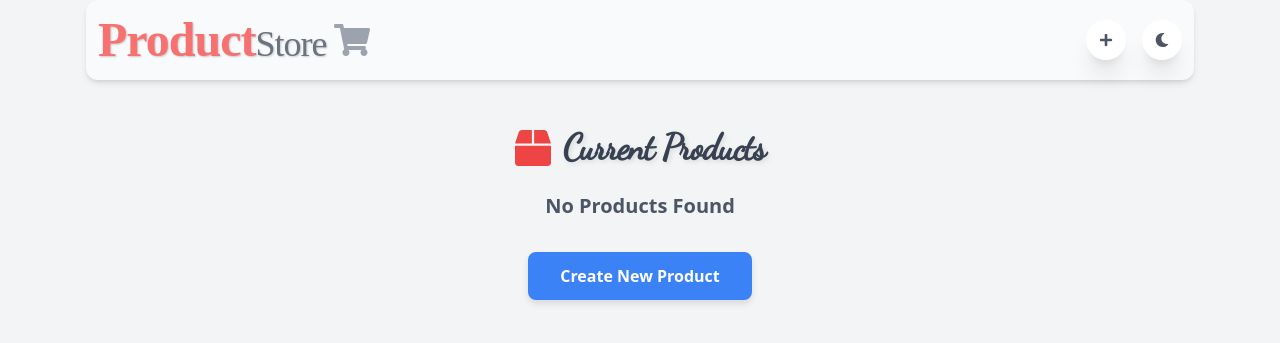
Repository: xarrkhan001/Mern-stack-Project
Page: / (app in frontend/)
These files come from the project's save history. The page is drawn as it stood at one moment and after the next save; the edit follows.
The browser window is 1280 px wide. The pictures show the whole page.
The project was rebuilt for these pictures with package versions that can differ from the ones it lists, and the page was loaded fresh each time. Also part of the build but not shown: frontend/vite.config.js, frontend/src/store/product.js, frontend/src/pages/CreatePage.jsx.

Above is the page before, as saved 2025-03-06 14:42:22.

### frontend/src/main.jsx
import React from "react";
import { BrowserRouter } from "react-router-dom";
import ReactDOM from "react-dom";
import "./index.css";
import App from "./App";

ReactDOM.render(
  <React.StrictMode>
    <BrowserRouter>
      <App />
    </BrowserRouter>
  </React.StrictMode>,
  document.getElementById("root")
);

### frontend/src/index.css
@import url('https://fonts.googleapis.com/css2?family=Dancing+Script&display=swap');


@tailwind base;
@tailwind components;
@tailwind utilities;

### frontend/src/App.jsx
import React from "react";
import { Routes, Route } from "react-router-dom";
import HomePage from "./pages/HomePage";
import CreatePage from "./pages/CreatePage";
import Navbar from "./components/Navbar";

const App = () => {
  return (
    <>
      <div className="min-h-[100vh] bg-gray-100 dark:bg-gray-900 dark:text-white">
        {" "}
        {/* Lighter background color */}
        <Navbar />
        <Routes>
          <Route path="/" element={<HomePage />} />
          <Route path="/create" element={<CreatePage />} />
        </Routes>
      </div>
    </>
  );
};

export default App;

### frontend/src/pages/HomePage.jsx
import React from "react";
import { FaBox } from "react-icons/fa"; // Example icon from react-icons
import { Link } from "react-router-dom"; // Import Link for routing

const HomePage = () => {
  return (
    <div className="max-w-2xl py-12 mx-auto text-center">
      {/* Title Section */}
      <h1 className="text-4xl text-red-500 flex justify-center items-center space-x-3 font-bold">
        <FaBox className="text-4xl" />
        <span
          className="text-gray-700 font-bold"
          style={{
            fontFamily: "'Dancing Script', cursive",
            letterSpacing: "-1px",
            lineHeight: "1.1",
            textShadow: "2px 2px 5px rgba(0, 0, 0, 0.1)",
            WebkitFontSmoothing: "antialiased",
            MozOsxFontSmoothing: "grayscale",
          }}
        >
          Current Products
        </span>
      </h1>

      {/* No Products Found Text */}
      <p className="text-gray-600 mt-6 text-xl font-semibold">
        No Products Found
      </p>

      {/* Create New Product Button */}
      <div className="mt-8">
        <Link to="/create">
          <button
            className="px-8 py-3 text-white bg-blue-500 hover:bg-blue-600 font-semibold rounded-lg shadow-md transform transition duration-200 ease-in-out hover:scale-105"
            style={{
              boxShadow: "0 4px 6px rgba(0, 0, 0, 0.1)",
            }}
          >
            Create New Product
          </button>
        </Link>
      </div>
    </div>
  );
};

export default HomePage;

### frontend/src/components/Navbar.jsx
import React, { useState, useEffect } from "react";
import { Link } from "react-router-dom";
import { FaPlus, FaShoppingCart, FaSun, FaMoon } from "react-icons/fa";

const Navbar = () => {
  const [isDarkMode, setIsDarkMode] = useState(false);

  useEffect(() => {
    const savedTheme = localStorage.getItem("theme");
    if (savedTheme) {
      setIsDarkMode(savedTheme === "dark");
    }
  }, []);

  const toggleDarkMode = () => {
    setIsDarkMode((prevMode) => {
      const newMode = !prevMode;
      localStorage.setItem("theme", newMode ? "dark" : "light");
      return newMode;
    });
  };

  useEffect(() => {
    if (isDarkMode) {
      document.documentElement.classList.add("dark");
    } else {
      document.documentElement.classList.remove("dark");
    }
  }, [isDarkMode]);

  return (
    <div className="max-w-[1140px] px-4 mx-auto">
      {/* Navbar container */}
      <div
        className={`flex items-center justify-between h-20 p-3 rounded-xl shadow-md text-black dark:text-white ${
          isDarkMode ? "bg-transparent dark:bg-gray-800" : "bg-gray-50"
        }`}
      >
        {/* Left side - ProductStore logo */}
        <Link to="/" className="flex items-center space-x-1 sm:space-x-2">
          <span
            className="font-logo text-4xl sm:text-5xl tracking-tight text-red-500 dark:text-gray-100"
            style={{
              fontFamily: " cursive",
              letterSpacing: "-1px",
              lineHeight: "1.1",
              textShadow: "1px 1px 2px rgba(0, 0, 0, 0.2)",
              WebkitFontSmoothing: "antialiased",
              MozOsxFontSmoothing: "grayscale",
            }}
          >
            <span className="text-4xl sm:text-5xl font-semibold text-red-400 dark:text-red-400">
              Product
            </span>
            <span className="text-3xl sm:text-4xl text-gray-500 dark:text-gray-400">
              Store
            </span>
          </span>
          <FaShoppingCart className="text-3xl sm:text-4xl text-gray-400 dark:text-gray-300 ml-1 sm:ml-2" />
        </Link>

        {/* Right side - Icons */}
        <div className="flex items-center space-x-2 sm:space-x-4">
          {/* Plus Icon */}
          <Link to="/create">
            <button className="w-8 h-8 sm:w-10 sm:h-10 bg-white dark:bg-gray-500 text-gray-600 dark:text-white rounded-full flex items-center justify-center transform hover:scale-125 transition-all duration-300 shadow-xl hover:shadow-2xl focus:outline-none">
              <FaPlus size={14} />
            </button>
          </Link>

          {/* Dark/Light Mode Toggle Icon */}
          <button
            onClick={toggleDarkMode}
            className="w-8 h-8 sm:w-10 sm:h-10 bg-white dark:bg-gray-500 text-[#FF4081] dark:text-white rounded-full flex items-center justify-center transform hover:scale-125 transition-all duration-300 shadow-xl hover:shadow-2xl focus:outline-none"
          >
            {isDarkMode ? (
              <FaSun size={14} className="text-yellow-500 sm:text-16" />
            ) : (
              <FaMoon size={14} className="text-gray-600 sm:text-16" />
            )}
          </button>
        </div>
      </div>
    </div>
  );
};

export default Navbar;

### frontend/tailwind.config.js
/** @type {import('tailwindcss').Config} */
export default {
  content: ["./index.html", "./src/**/*.{js,ts,jsx,tsx}"],
  theme: {
    extend: {},
  },
  darkMode: "class", // Enable dark mode via the 'dark' class
  plugins: [],
};

Loaded but not shown: frontend/index.html (common file)

After the next save:
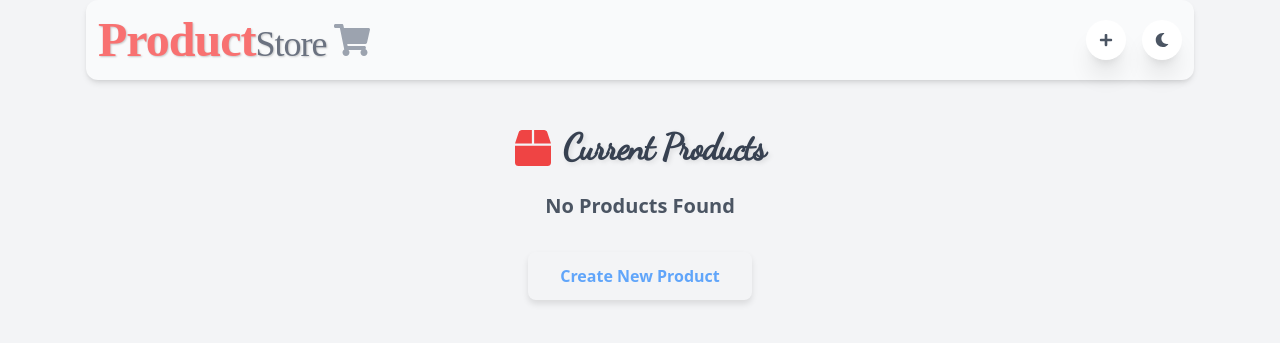
Saved 35 s later.
--- a/frontend/src/pages/HomePage.jsx
+++ b/frontend/src/pages/HomePage.jsx
@@ -32,7 +32,7 @@
       <div className="mt-8">
         <Link to="/create">
           <button
-            className="px-8 py-3 text-white bg-blue-500 hover:bg-blue-600 font-semibold rounded-lg shadow-md transform transition duration-200 ease-in-out hover:scale-105"
+            className="px-8 py-3 text-blue-400  font-semibold rounded-lg shadow-md transform transition duration-200 ease-in-out hover:scale-105"
             style={{
               boxShadow: "0 4px 6px rgba(0, 0, 0, 0.1)",
             }}
